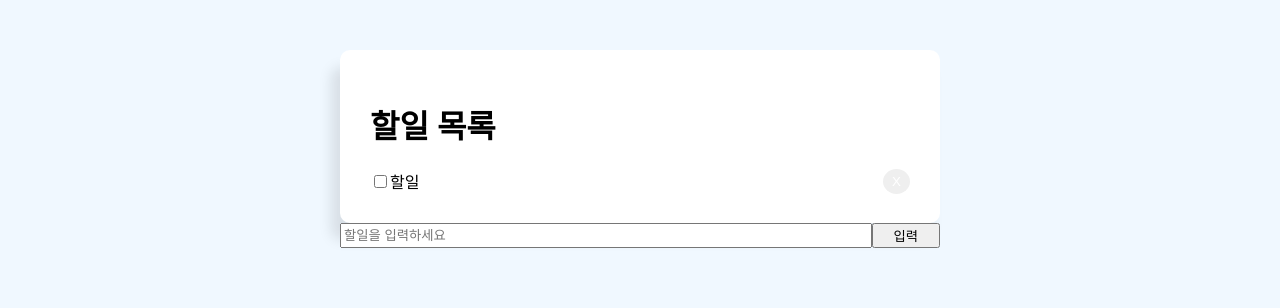
Repository: siwon9898/react-learn
Page: /
These files come from the project's save history. The page is drawn as it stood at one moment and after a run of saves; the edit follows.
The browser window is 1280 px wide. The pictures show the whole page.
The project was rebuilt for these pictures with package versions that can differ from the ones it lists, and the page was loaded fresh each time.

Above is the page before, as saved 2023-03-29 16:15:46.

After the next 2 saves:
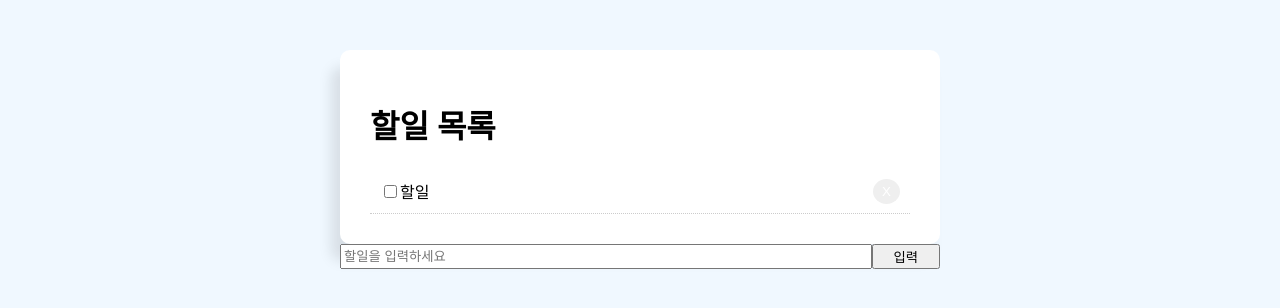
The 2 saves are shown as one change because 1 did not build or start.
The last was saved 2 min 56 s later.
--- a/src/App.js
+++ b/src/App.js
@@ -143,6 +143,14 @@ export default class App extends React.Component {
     this.setState({ value: e.target.value });
   };
 
+  getStyle = (complete) => {
+    return {
+      padding: "10px",
+      borderBottom: "1px #ccc dotted",
+      textDecoration: complete ? "line-through" : "none",
+    };
+  };
+
   render() {
     return (
       <div className="container">
@@ -151,7 +159,7 @@ export default class App extends React.Component {
             <h1>할일 목록</h1>
           </div>
           {this.state.TodoData.map((data) => (
-            <div>
+            <div style={this.getStyle(data.completed)} key={data.id}>
               <input
                 type="checkbox"
                 defaultChecked={false}
